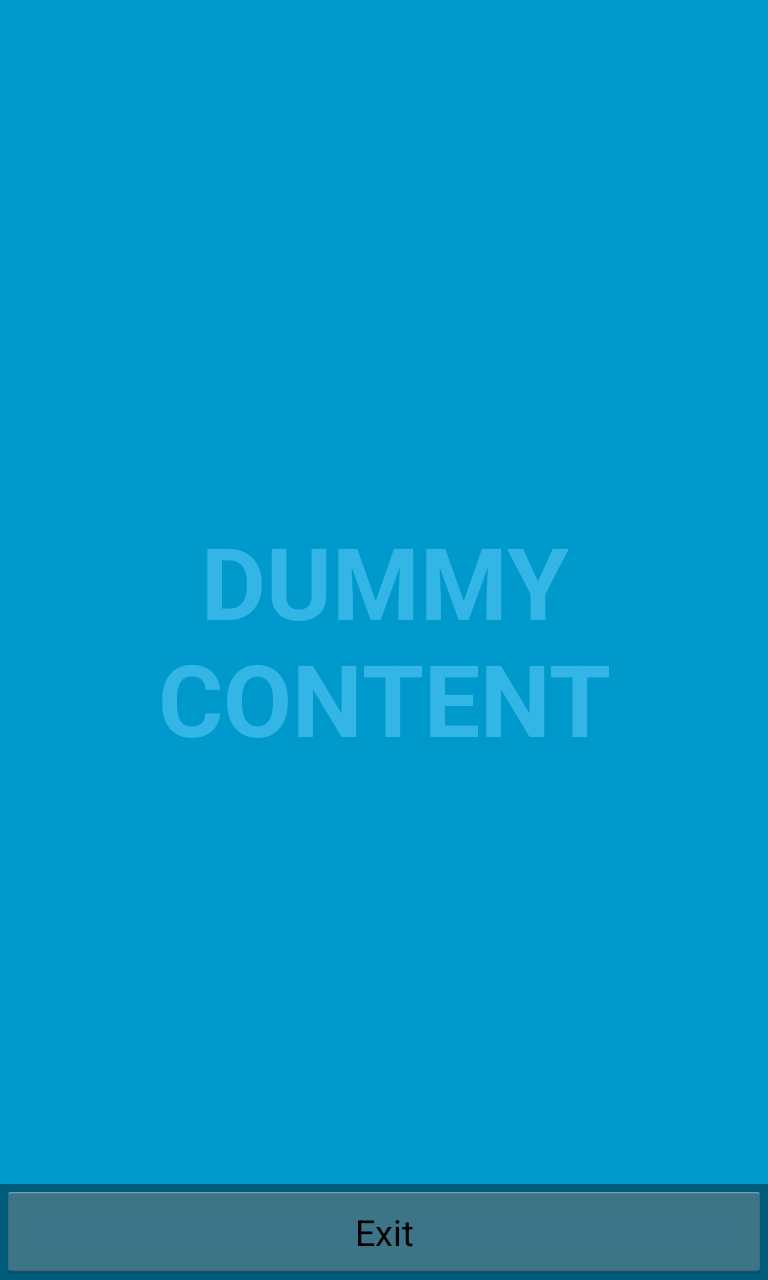
Repository: anuragawasthi89/AndroidImageProcessing
Layout: CVProcessor/res/layout/activity_main_window.xml
The author's editor kept a copy of each file at every save. The layout is drawn from the files as they stood at one save, then again after the next save.
It is drawn on a 768 x 1280 px phone screen (xhdpi) without system bars, with theme AppTheme; the app's code is not run.

Above is the layout before, as saved 2014-02-07 18:53:24.

### CVProcessor/res/layout/activity_main_window.xml
<FrameLayout xmlns:android="http://schemas.android.com/apk/res/android"
    xmlns:tools="http://schemas.android.com/tools"
    android:layout_width="match_parent"
    android:layout_height="match_parent"
    android:background="#0099cc"
    tools:context=".MainWindow" >

    <TextView
        android:id="@+id/fullscreen_content"
        android:layout_width="match_parent"
        android:layout_height="match_parent"
        android:gravity="center"
        android:keepScreenOn="true"
        android:text="@string/dummy_content"
        android:textColor="#33b5e5"
        android:textSize="50sp"
        android:textStyle="bold" />

    <!--
         This FrameLayout insets its children based on system windows using
         android:fitsSystemWindows.
    -->

    <FrameLayout
        android:layout_width="match_parent"
        android:layout_height="match_parent"
        android:fitsSystemWindows="true" >

        <LinearLayout
            android:id="@+id/fullscreen_content_controls"
            style="?buttonBarStyle"
            android:layout_width="match_parent"
            android:layout_height="wrap_content"
            android:layout_gravity="bottom|center_horizontal"
            android:background="@color/black_overlay"
            android:orientation="horizontal"
            tools:ignore="UselessParent" >

            <Button
                android:id="@+id/exit_button"
                style="?buttonBarButtonStyle"
                android:layout_width="0dp"
                android:layout_height="wrap_content"
                android:layout_weight="1"
                android:text="@string/exit_button" />
        </LinearLayout>
    </FrameLayout>

</FrameLayout>

### CVProcessor/res/values/strings.xml
<?xml version="1.0" encoding="utf-8"?>
<resources>

    <string name="app_name">CV Processor</string>
    <string name="exit_button">Exit</string>
    <string name="dummy_content">DUMMY\nCONTENT</string>
    <string name="launch_camera_calibration_button">Cam Calibration</string>
    <string name="face_tracking_button">Face Tracker</string>

</resources>

Loaded but not shown: CVProcessor/res/values/styles.xml (common file); CVProcessor/res/values-v11/styles.xml (common file); CVProcessor/res/values-v14/styles.xml (common file); CVProcessor/res/values/colors.xml (common file)

After the next save:
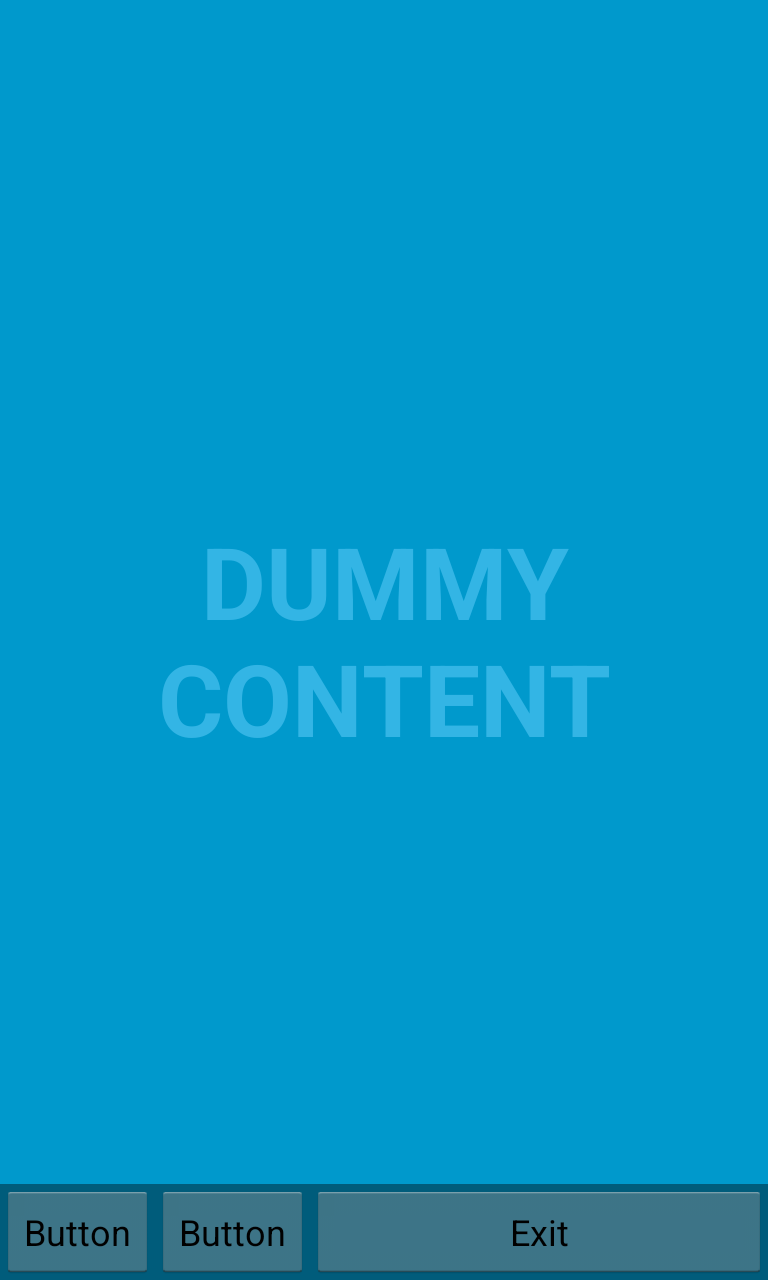
Saved 3 min 30 s later.
--- a/CVProcessor/res/layout/activity_main_window.xml
+++ b/CVProcessor/res/layout/activity_main_window.xml
@@ -37,6 +37,18 @@
             tools:ignore="UselessParent" >
 
             <Button
+            android:id="@+id/button1"
+            android:layout_width="wrap_content"
+            android:layout_height="wrap_content"
+            android:text="Button" />
+
+        	<Button
+            android:id="@+id/button2"
+            android:layout_width="wrap_content"
+            android:layout_height="wrap_content"
+            android:text="Button" />
+
+            <Button
                 android:id="@+id/exit_button"
                 style="?buttonBarButtonStyle"
                 android:layout_width="0dp"
@@ -44,6 +56,7 @@
                 android:layout_weight="1"
                 android:text="@string/exit_button" />
         </LinearLayout>
+
     </FrameLayout>
 
 </FrameLayout>
